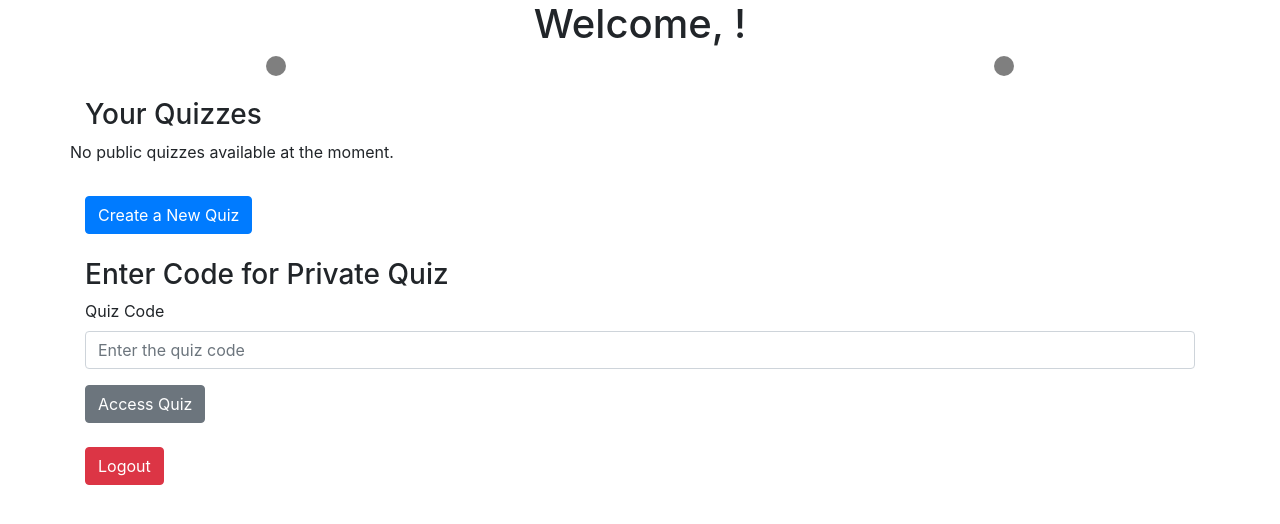
Repository: IlyessMou/Group
Page: http://localhost/quizzapp/WEB-INF/home.jsp
The author's editor kept a copy of each file at every save. The page is drawn from the files as they stood at one save, then again after the next save.
The browser window is 1280 px wide. The pictures show the whole page.
Some web libraries are served in a nearby version. The page is served by Tomcat 10. Nobody is signed in. Other server files are loaded and not shown. The template is opened directly, without the code that normally fills it, so the values that code supplies are empty.

Above is the page before, as saved 2024-12-04 04:18:48.
Console error: TypeError: Cannot read properties of undefined (reading 'style')

### quizzapp/src/main/webapp/WEB-INF/home.jsp
<%@ page language="java" contentType="text/html; charset=UTF-8" pageEncoding="UTF-8"%>
<%@ taglib prefix="c" uri="http://java.sun.com/jsp/jstl/core" %>

<!DOCTYPE html>
<html lang="en">
<head>
    <meta charset="UTF-8">
    <meta name="viewport" content="width=device-width, initial-scale=1.0">
    <title>Home</title>
    <link rel="stylesheet" href="https://stackpath.bootstrapcdn.com/bootstrap/4.5.2/css/bootstrap.min.css">
    <style>
        /* Slideshow container */
        .slideshow-container {
            position: relative;
            text-align: center;
            margin-bottom: 30px;
            max-width: 60%;  /* Adjusted size */
            margin: 0 auto;
        }

        /* Each slide */
        .slide {
            display: none;
            width: 100%;
            height: 300px;  /* Fixed height */
            position: relative;
            overflow: hidden;  /* Hide overflow to keep the images within bounds */
        }

        /* Ensure the image maintains its natural size without stretching */
        .slide img {
            display: block;
            margin: 0 auto;  /* Center the image horizontally */
            max-width: 100%;  /* Ensure the image doesn't exceed slide width */
            max-height: 100%;  /* Ensure the image doesn't exceed slide height */
        }

        /* Navigation buttons */
        .slide-btn {
            position: absolute;
            top: 50%;
            z-index: 10;
            background: rgba(0, 0, 0, 0.5);
            color: white;
            border: none;
            padding: 10px;
            cursor: pointer;
            border-radius: 50%;
        }

        .slide-btn.left {
            left: 10px;
        }

        .slide-btn.right {
            right: 10px;
        }

        /* Caption for each slide */
        .caption {
            position: absolute;
            bottom: 20px;
            left: 50%;
            transform: translateX(-50%);
            color: white;
            font-size: 20px;
            background-color: rgba(0, 0, 0, 0.5);
            padding: 10px;
            border-radius: 5px;
        }

        /* Adjustments for the quiz section */
        .card {
            margin: 10px;
        }

        .container {
            margin-top: 50px;
        }

    </style>
</head>
<body>

    <!-- Slideshow Section -->
    <h1 style="
    place-self: center;
">Welcome, ${user.username}!</h1>
    <div class="slideshow-container">
        <c:forEach var="category" items="${categories}">
            <div class="slide">
                <img src="${category.image}" alt="${category.name}" class="d-block w-100">
                <div class="caption">${category.name}</div>
            </div>
        </c:forEach>

        <!-- Navigation buttons -->
        <button class="slide-btn left" onclick="plusSlides(-1)"><i class="fas fa-arrow-left"></i></button>
        <button class="slide-btn right" onclick="plusSlides(1)"><i class="fas fa-arrow-right"></i></button>
    </div>

    <!-- Your Quizzes Section -->
    <div class="container">
        <div>
            <h3>Your Quizzes</h3>
            <div class="row">
                <c:if test="${empty quizzes}">
                    <p>No public quizzes available at the moment.</p>
                </c:if>

                <c:forEach var="quiz" items="${quizzes}">
                    <div class="col-md-4">
                        <div class="card">
                            <div class="card-body">
                                <h5 class="card-title">${quiz.title}</h5>
                                <a href="/quiz/${quiz.id}" class="btn btn-primary">Take Quiz</a>
                            </div>
                        </div>
                    </div>
                </c:forEach>
            </div>
            <a href="/quiz/create" class="btn btn-primary mt-3">Create a New Quiz</a>
        </div>

        <!-- Private Quiz Access -->
        <div class="mt-4">
            <h3>Enter Code for Private Quiz</h3>
            <form action="/quiz/access" method="get">
                <div class="form-group">
                    <label for="quizCode">Quiz Code</label>
                    <input type="text" class="form-control" id="quizCode" name="code" placeholder="Enter the quiz code" required />
                </div>
                <button type="submit" class="btn btn-secondary">Access Quiz</button>
            </form>
        </div>

        <!-- Logout Button -->
        <a href="/logout" class="btn btn-danger mt-4">Logout</a>
    </div>

    <script src="https://code.jquery.com/jquery-3.5.1.slim.min.js"></script>
    <script src="https://cdn.jsdelivr.net/npm/@popperjs/core@2.5.3/dist/umd/popper.min.js"></script>
    <script src="https://stackpath.bootstrapcdn.com/bootstrap/4.5.2/js/bootstrap.min.js"></script>

    <script>
        let slideIndex = 0;

        // Function to show the current slide
        function showSlides() {
            let slides = document.querySelectorAll('.slide');
            if (slideIndex >= slides.length) { slideIndex = 0; }
            if (slideIndex < 0) { slideIndex = slides.length - 1; }

            // Hide all slides
            slides.forEach((slide) => {
                slide.style.display = "none";
            });

            // Display the current slide
            slides[slideIndex].style.display = "block";
        }

        // Function to change slides
        function plusSlides(n) {
            slideIndex += n;
            showSlides();
        }

        // Initialize the slideshow
        showSlides();

        // Auto change slide every 3 seconds
        setInterval(() => {
            plusSlides(1);
        }, 3000);

    </script>

</body>
</html>

After the next save:
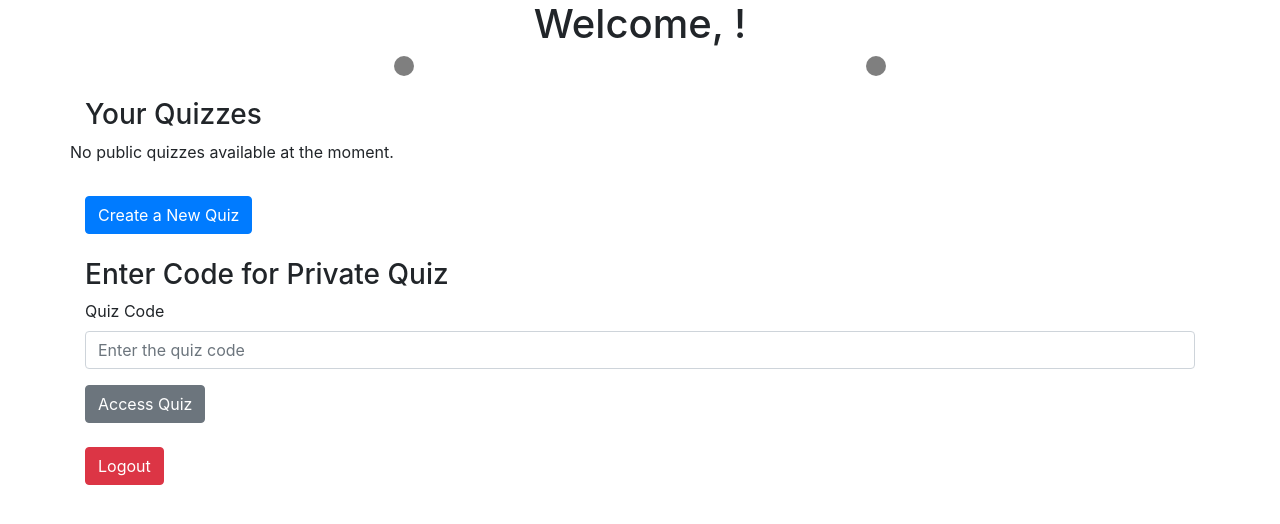
Saved 2 min 13 s later.
--- a/quizzapp/src/main/webapp/WEB-INF/home.jsp
+++ b/quizzapp/src/main/webapp/WEB-INF/home.jsp
@@ -14,7 +14,7 @@
             position: relative;
             text-align: center;
             margin-bottom: 30px;
-            max-width: 60%;  /* Adjusted size */
+            max-width: 40%;  /* Adjusted size */
             margin: 0 auto;
         }
 
